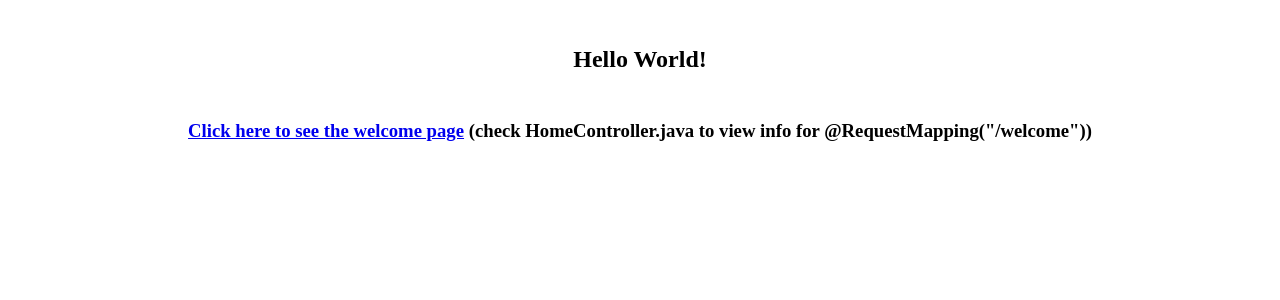
Repository: jordanzwart/SpringMVCApp
Page: http://localhost/SpringMVCAPP/welcome
These files come from the project's save history. The page is drawn as it stood at one moment and after the next save; the edit follows.
The browser window is 1280 px wide. The pictures show the whole page.
The page is served by Tomcat 9. Other server files are loaded and not shown.

Above is the page before, as saved 2018-02-19 18:55:51.

### SpringMVCAPP/WebContent/WEB-INF/views/welcome.jsp
<%@ page language="java" contentType="text/html; charset=UTF-8"
    pageEncoding="UTF-8"%>
<!DOCTYPE html>
<html>
<head>
<title>Spring MVC</title>
</head>
<body>
	<br>
	<div style="text-align:center">
		<h2>
			Hello World!<br> <br>
		</h2>
		<h3>
			<a href="welcome.html">Click here to see the welcome page</a>
			(check HomeController.java to view info for @RequestMapping("/welcome"))
		</h3>
	</div>
</body>
</html>

After the next save:
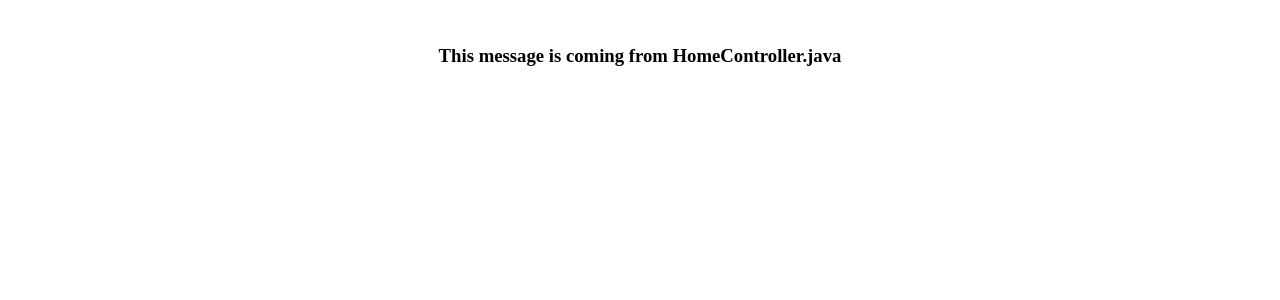
Saved 9 s later.
--- a/SpringMVCAPP/WebContent/WEB-INF/views/welcome.jsp
+++ b/SpringMVCAPP/WebContent/WEB-INF/views/welcome.jsp
@@ -3,18 +3,9 @@
 <!DOCTYPE html>
 <html>
 <head>
-<title>Spring MVC</title>
+<title>Welcome</title>
 </head>
 <body>
-	<br>
-	<div style="text-align:center">
-		<h2>
-			Hello World!<br> <br>
-		</h2>
-		<h3>
-			<a href="welcome.html">Click here to see the welcome page</a>
-			(check HomeController.java to view info for @RequestMapping("/welcome"))
-		</h3>
-	</div>
+${ message2 }
 </body>
 </html>
